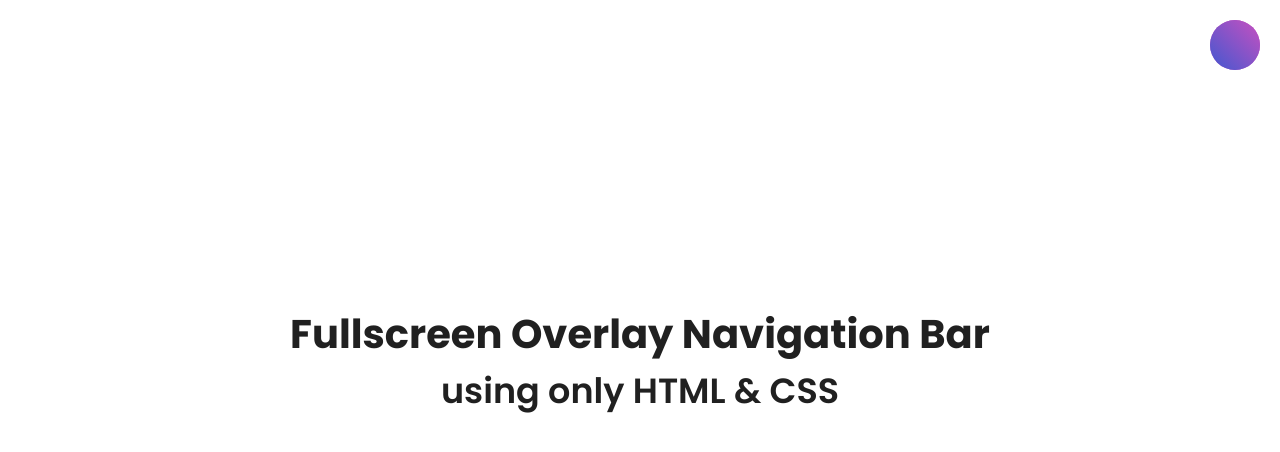
Repository: Viranga-pasi/geethanjalee-website
Page: /
An editor plug-in stored every save of this project. The page is shown before and after the next save, followed by the edit.
The browser window is 1280 px wide. The pictures show the whole page.
The project was rebuilt for these pictures with package versions that can differ from the ones it lists, and the page was loaded fresh each time.

Above is the page before, as saved 2021-08-19 18:34:10.

After the next save:
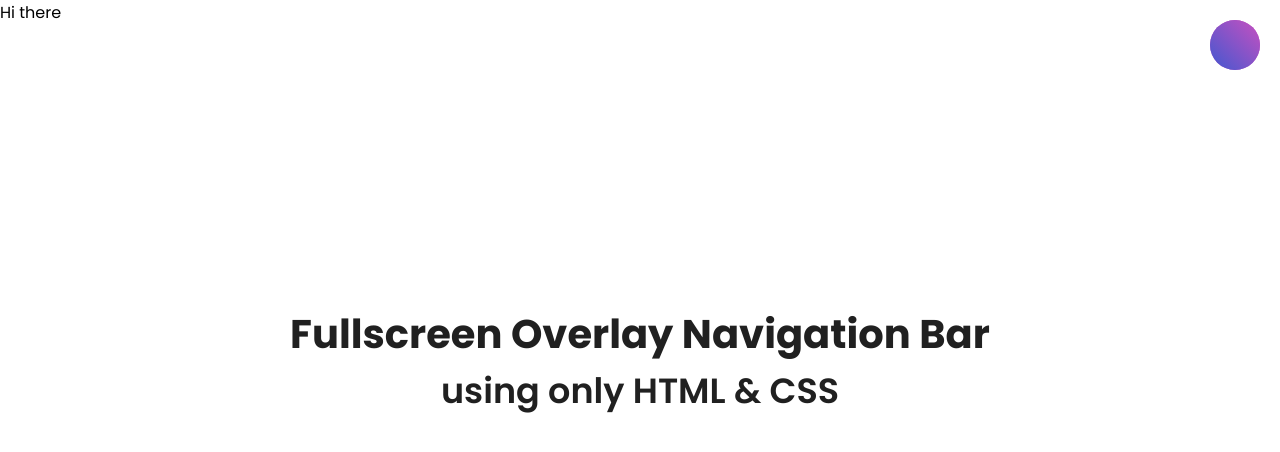
Saved 23 s later.
--- a/src/App.js
+++ b/src/App.js
@@ -4,6 +4,7 @@
 	return (
 		<>
 			<Navbar />
+			Hi there
 		</>
 	);
 }

After the save that followed:
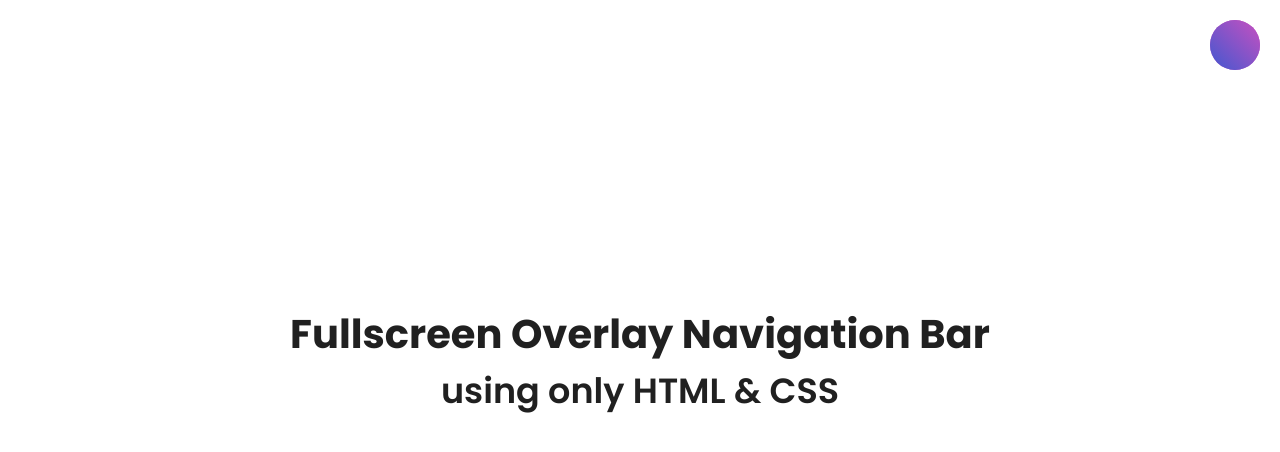
Saved 5 s later.
--- a/src/App.js
+++ b/src/App.js
@@ -4,7 +4,6 @@
 	return (
 		<>
 			<Navbar />
-			Hi there
 		</>
 	);
 }
